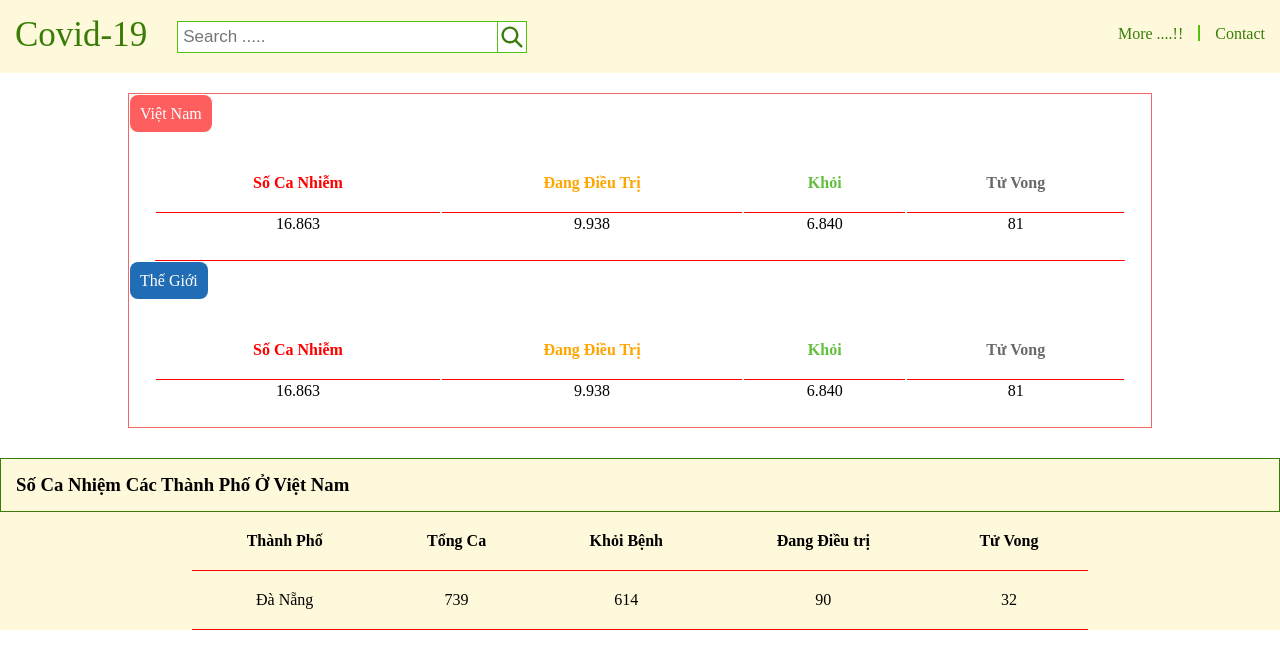
Repository: thuongton98/Covid
Page: html-css-js/index.html
An editor plug-in stored every save of this project. The page is shown before and after the next save, followed by the edit.
The browser window is 1280 px wide. The pictures show the whole page.

Above is the page before, as saved 2021-07-01 10:15:13.

After the next save:
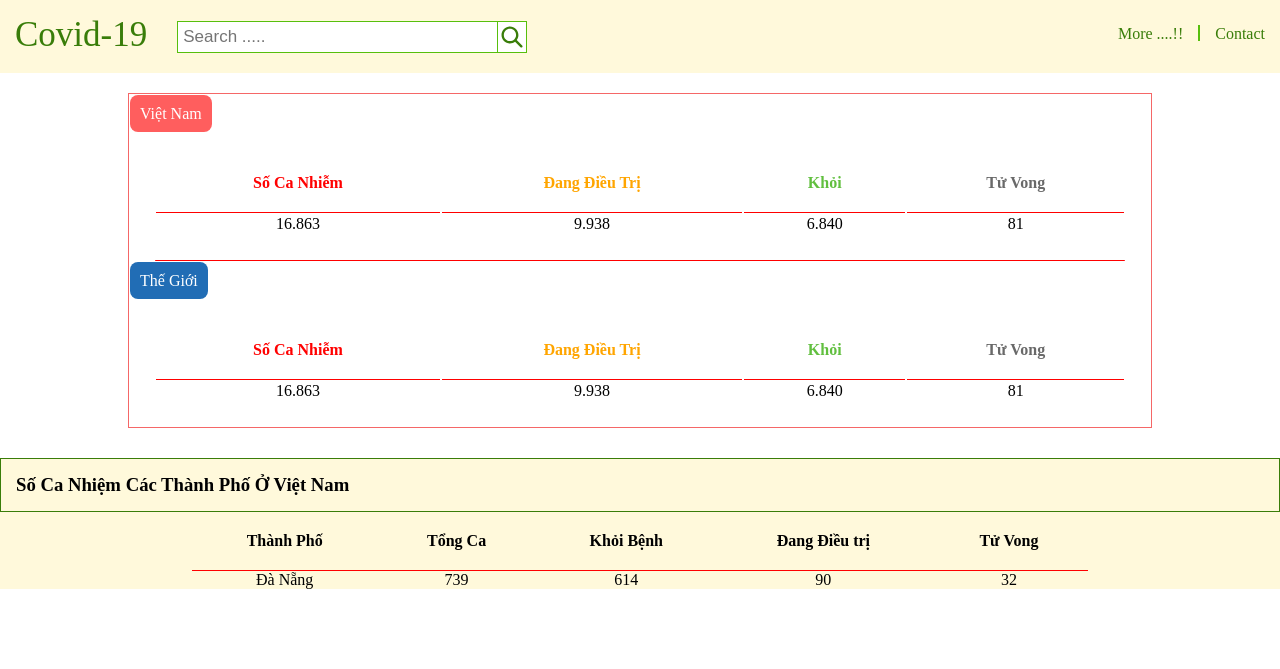
Saved 15 s later.
--- a/html-css-js/styles.css
+++ b/html-css-js/styles.css
@@ -171,7 +171,7 @@ nav .icon .icon-search svg:hover{
     text-align: center;
 }
 
-.all-case table td,th{
+.all-case table tr,th{
   padding:20px;
   border-bottom: 1px solid red;
 }
